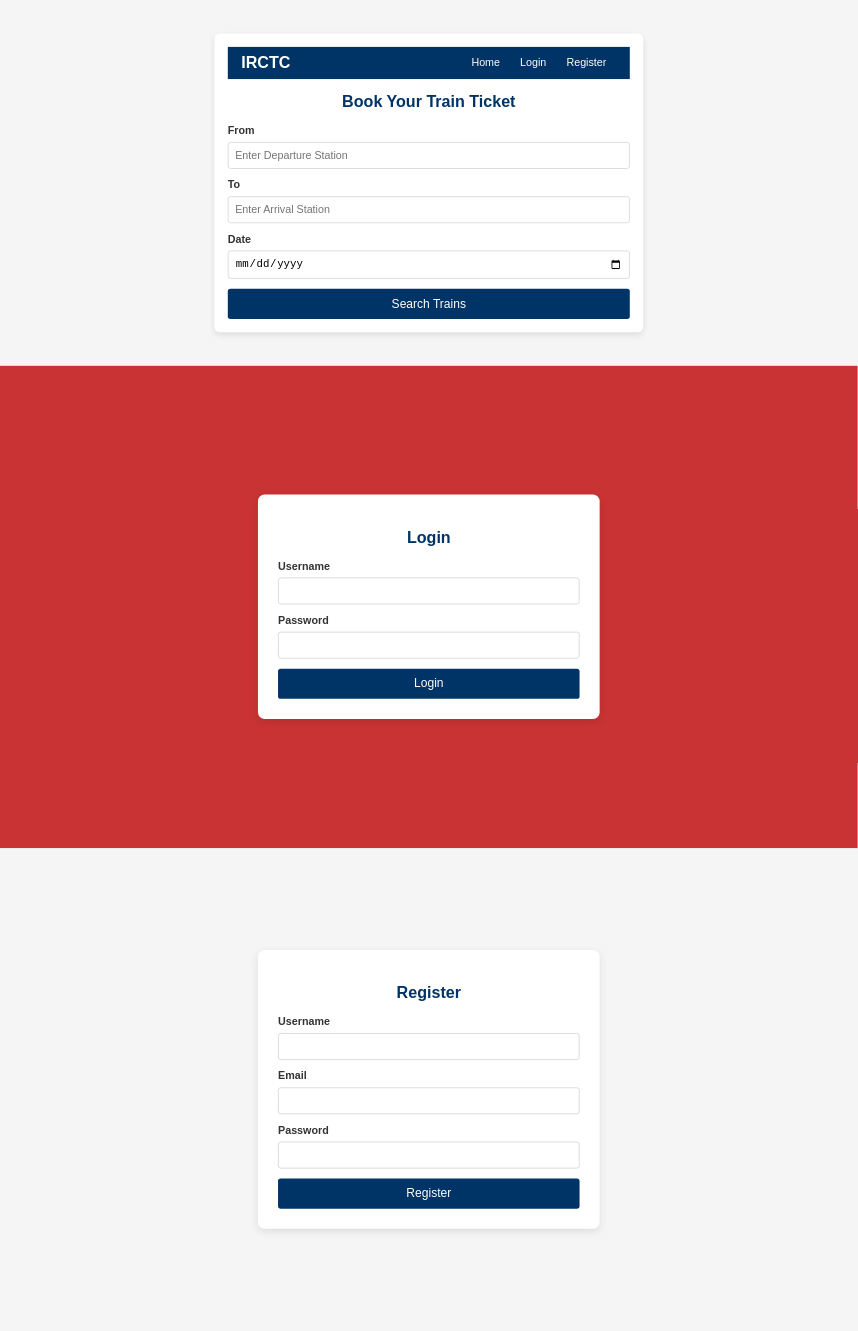
Repository: ssaddamhuss100/IRCTC-Clone
Page: /
The author's editor kept a copy of each file at every save. The page is drawn from the files as they stood at one save, then again after the next save.
The browser window is 1280 px wide. The pictures show the whole page, at 67% of full size.
The project was rebuilt for these pictures with package versions that can differ from the ones it lists, and the page was loaded fresh each time. Also part of the build but not shown: vite.config.js, src/components/Header/Header.css, src/components/Header/Header.jsx.

Above is the page before, as saved 2025-01-19 11:56:18.

### src/App.jsx
import React, { useEffect } from "react";
import Homepage from "./pages/Homepage/Homepage";
import Login from "./pages/Login/Login";
import Register from "./pages/Register/Register";
import Header from "./components/Header/Header";


const App = () => {
  return (
    <div>
      {/* <Header/> */}
      <Homepage/>
      <Login/>
      <Register/>
    </div>
  );
};

export default App;

### src/pages/Homepage/Homepage.jsx
import React from "react";
import "./HomePage.css";
import Navbar from "../../components/Navbar/Navbar";
const HomePage = () => {

  return (
    <div className="homepage">
      <Navbar/>
      <h2>Book Your Train Ticket</h2>
      <form>
        <div className="form-group">
          <label htmlFor="from">From</label>
          <input
            type="text"
            id="from"
            placeholder="Enter Departure Station"
            required
          />
        </div>
        <div className="form-group">
          <label htmlFor="to">To</label>
          <input
            type="text"
            id="to"
            placeholder="Enter Arrival Station"
            required
          />
        </div>
        <div className="form-group">
          <label htmlFor="date">Date</label>
          <input type="date" id="date" required />
        </div>
        <button type="submit">Search Trains</button>
      </form>
    </div>
  );
};


export default HomePage;

### src/pages/Login/Login.jsx
import React from "react";
import "./Login.css";

const Login = () => {
  return (
    <div className="login-container">
      <div className="login-box">
        <h2>Login</h2>

        <form>

          <div className="form-group">
            <label htmlFor="username">Username</label>
            <input type="text" id="username" required />
          </div>

          <div className="form-group">
            <label htmlFor="password">Password</label>
            <input type="password" id="password" required />
          </div>

          <button type="submit">Login</button>

        </form>

      </div>
    </div>
  );
};

export default Login;

### src/pages/Register/Register.jsx
import React from "react";
import "./Register.css";

const Register = () => {
  return (
    <div className="register-container">
      <div className="register-box">
        <h2>Register</h2>

        <form>

          <div className="form-group">
            <label htmlFor="username">Username</label>
            <input type="text" id="username" required />
          </div>

          <div className="form-group">
            <label htmlFor="email">Email</label>
            <input type="email" id="email" required />
          </div>

          <div className="form-group">
            <label htmlFor="password">Password</label>
            <input type="password" id="password" required />
          </div>

          <button type="submit">Register</button>

        </form>

      </div>
    </div>
  );
};

export default Register;

### src/pages/Homepage/Homepage.css
body {
  margin: 0;
  font-family: Arial, sans-serif;
  background-color: #f5f5f5;
}

.homepage {
  background-color: white;
  padding: 20px;
  margin: 50px auto;
  border-radius: 8px;
  max-width: 600px;
  box-shadow: 0 4px 10px rgba(0, 0, 0, 0.1);
}

h2 {
  color: #003366;
  text-align: center;
  margin-bottom: 20px;
  font-size: 24px;
  font-weight: 700;
}

form {
  display: flex;
  flex-direction: column;
  gap: 15px;
}

.form-group {
  display: flex;
  flex-direction: column;
}

.form-group label {
  font-size: 16px;
  font-weight: 600;
  color: #333;
  margin-bottom: 8px;
}

.form-group input {
  padding: 10px;
  border: 1px solid #ccc;
  border-radius: 4px;
  font-size: 16px;
  transition: border-color 0.3s;
}

.form-group input:focus {
  border-color: #003366;
}

button[type="submit"] {
  background-color: #003366;
  color: white;
  padding: 12px;
  border: none;
  border-radius: 4px;
  font-size: 18px;
  cursor: pointer;
  transition: background-color 0.3s;
}

button[type="submit"]:hover {
  background-color: #005b99;
}

@media (max-width: 768px) {
  .homepage {
    margin: 20px;
    padding: 15px;
  }
}

### src/components/navbar/Navbar.jsx
import React from "react";
import "./Navbar.css";
import Login from "../../pages/Login/Login";
import Register from "../../pages/Register/Register";

const Navbar = () => {
  return (
    <nav className="navbar">
      <h1>IRCTC</h1>
      <ul>
        <li>
          <a href="/">Home</a>
        </li>
        <li>
          <a href="/login">Login</a>
        </li>
        <li>
          <a href="/register">Register</a>
        </li>
      </ul>
    </nav>
  );
};

export default Navbar;

### src/pages/Login/Login.css
/* Outer container to center the form on the page */
.login-container {
  display: flex;
  justify-content: center; /* Center horizontally */
  align-items: center; /* Center vertically */
  min-height: 100vh; /* Full viewport height */
  background-color: #c93333; /* Light gray background */
}

/* Form box layout similar to IRCTC */
.login-box {
  background-color: #ffffff; /* White background for form */
  padding: 30px;
  border-radius: 10px; /* Rounded corners */
  box-shadow: 0 4px 12px rgba(0, 0, 0, 0.1); /* Soft shadow */
  width: 100%; /* Full width of container */
  max-width: 450px; /* Max width to limit form size */
}

/* Form heading */
.login-box h2 {
  text-align: center;
  color: #003366; /* IRCTC blue color for heading */
  margin-bottom: 20px;
}

### src/pages/Register/Register.css
/* Outer container to center the form on the page */
.register-container {
    display: flex;
    justify-content: center; /* Center horizontally */
    align-items: center; /* Center vertically */
    min-height: 100vh; /* Full viewport height */
    background-color: #f5f5f5; /* Light gray background */
  }

  /* Form box layout similar to IRCTC */
  .register-box {
    background-color: #ffffff; /* White background for form */
    padding: 30px;
    border-radius: 10px; /* Rounded corners */
    box-shadow: 0 4px 12px rgba(0, 0, 0, 0.1); /* Soft shadow */
    width: 100%; /* Full width of container */
    max-width: 450px; /* Max width to limit form size */
  }

  /* Form heading */
  .register-box h2 {
    text-align: center;
    color: #003366; /* IRCTC blue color for heading */
    margin-bottom: 20px;
  }

### src/components/navbar/navbar.css
.navbar {
    display: flex;
    justify-content: space-between;
    align-items: center;
    background-color: #003366;
    padding: 10px 20px;
    color: white;
  }

  .navbar h1 {
    margin: 0;
  }

  .navbar ul {
    list-style-type: none;
    margin: 0;
    padding: 0;
    display: flex;
  }

  .navbar li {
    margin: 0 15px;
  }

  .navbar a {
    color: white;
    text-decoration: none;
    font-size: 16px;
  }

  .navbar a:hover {
    text-decoration: underline;
  }

Loaded but not shown: index.html (common file); src/main.jsx (common file)

After the next save:
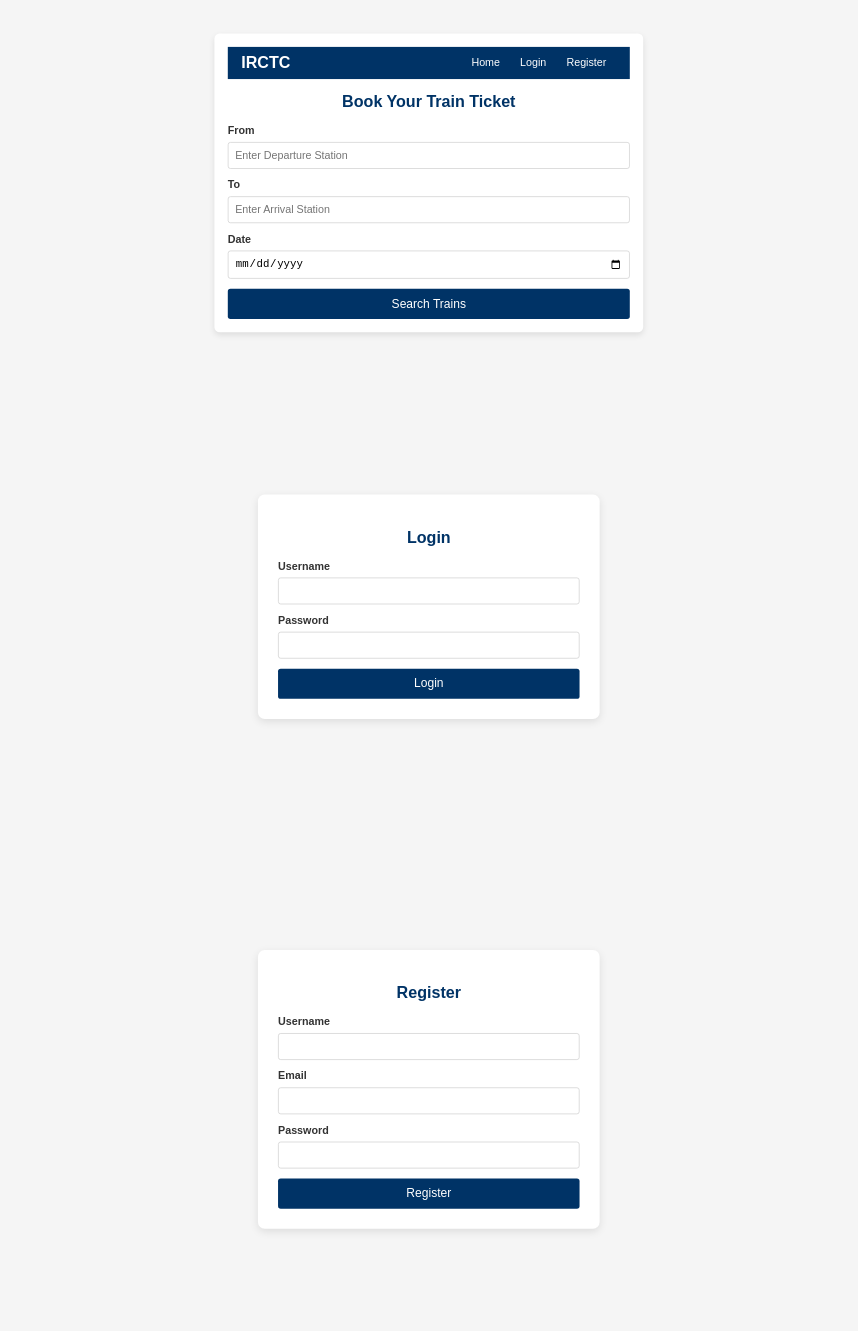
Saved 6 s later.
--- a/src/pages/Login/Login.css
+++ b/src/pages/Login/Login.css
@@ -4,7 +4,7 @@
   justify-content: center; /* Center horizontally */
   align-items: center; /* Center vertically */
   min-height: 100vh; /* Full viewport height */
-  background-color: #c93333; /* Light gray background */
+  background-color: #f5f5f5; /* Light gray background */
 }
 
 /* Form box layout similar to IRCTC */
